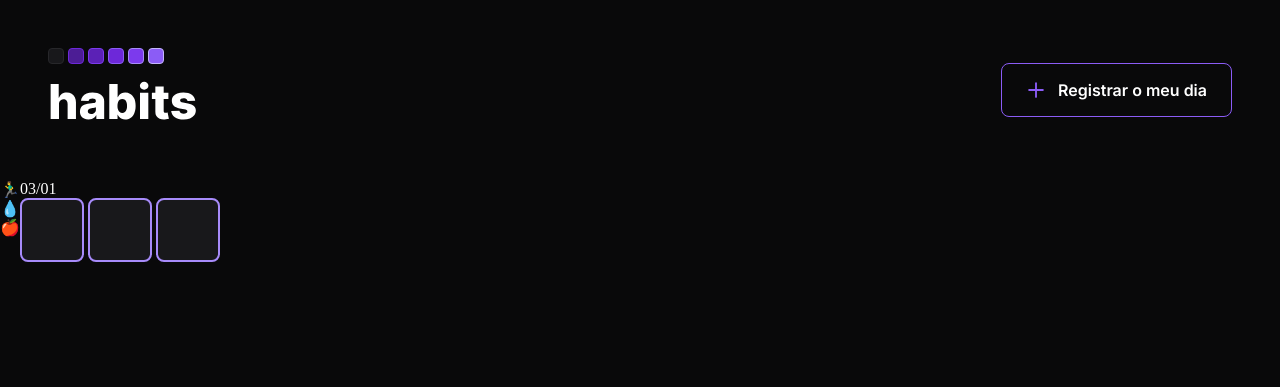
Repository: AntonyCosta/nlw-setup
Page: index.html
These files come from the project's save history. The page is drawn as it stood at one moment and after a run of saves; the edit follows.
The browser window is 1280 px wide. The pictures show the whole page.

Above is the page before, as saved 2023-01-18 03:48:18.

After the next 2 saves:
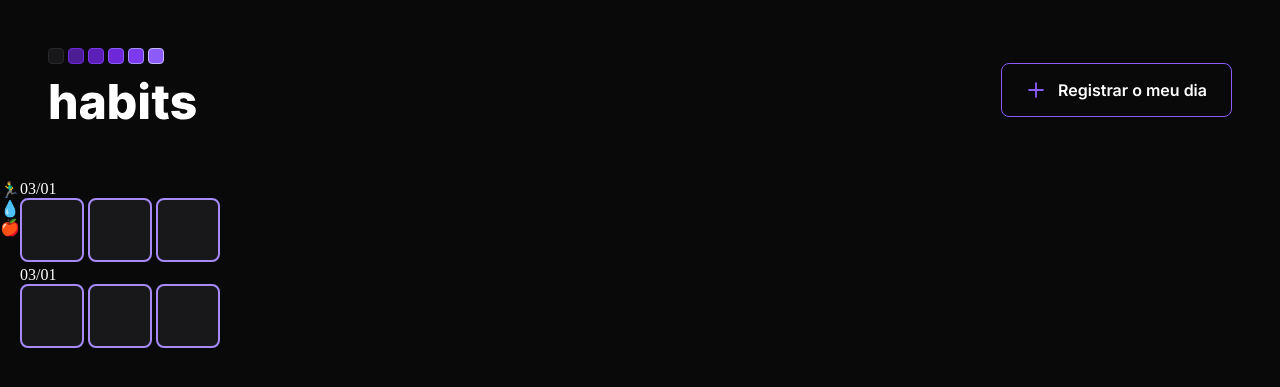
The 2 saves are shown as one change because they came seconds apart.
The last was saved 36 s later.
--- a/index.html
+++ b/index.html
@@ -36,6 +36,13 @@
           <input type="checkbox" name="water" />
           <input type="checkbox" name="food" />
         </div>
+
+        <div class="day">
+          <div>03/01</div>
+          <input type="checkbox" name="run" />
+          <input type="checkbox" name="water" />
+          <input type="checkbox" name="food" />
+        </div>
       </div>
     </form>
   </body>
